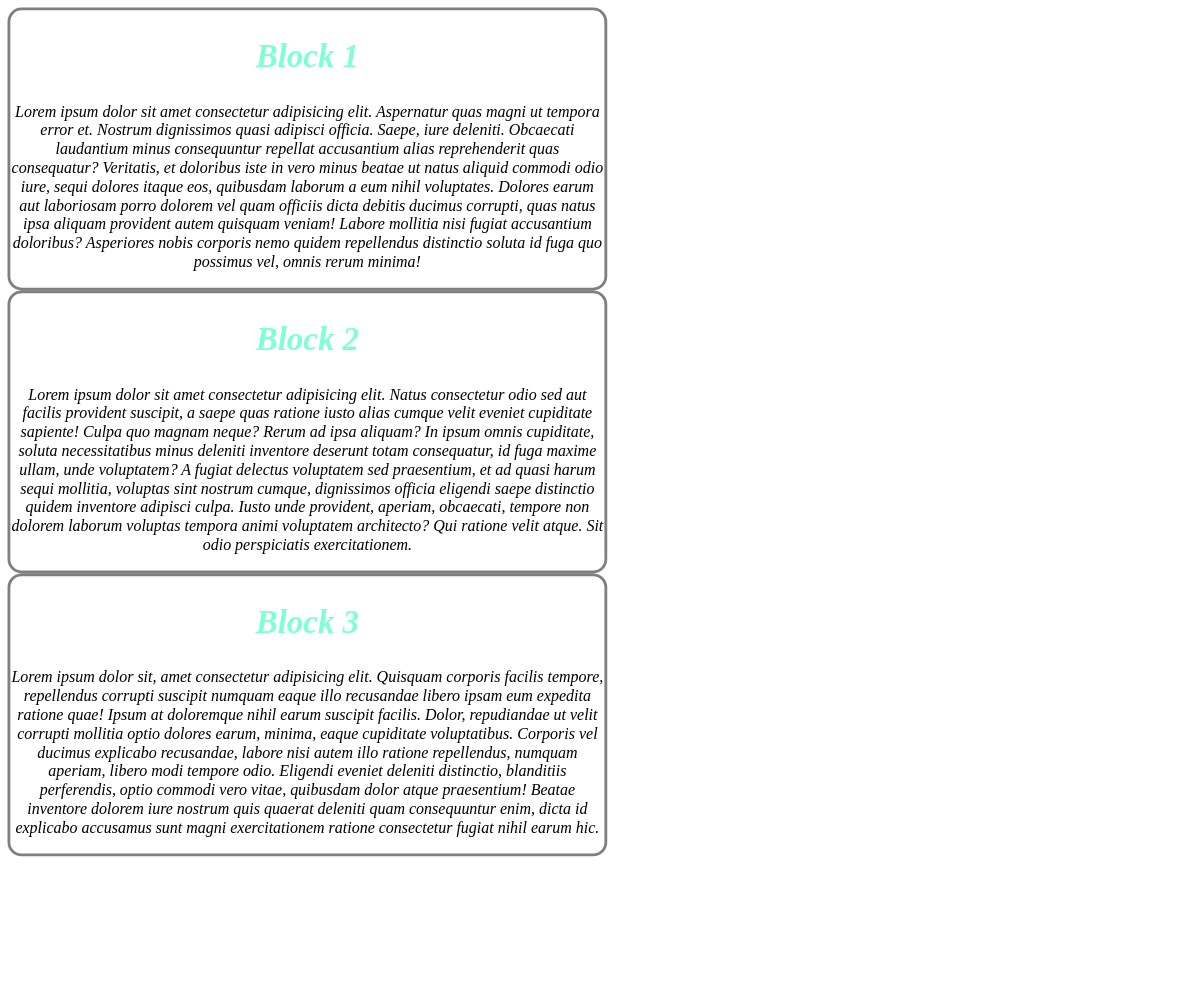
Repository: archangel88/elbrus_homework
Page: phase-0/week-3/day-3/css-fonts/index.html
The author's editor kept a copy of each file at every save. The page is drawn from the files as they stood at one save, then again after the next save.
The browser window is 1280 px wide. The pictures show the whole page, at 94% of full size.

Above is the page before, as saved 2025-10-08 23:02:10.

### phase-0/week-3/day-3/css-fonts/index.html
<!DOCTYPE html>
<html lang="en">
<head>
    <meta charset="UTF-8">
    <meta name="viewport" content="width=device-width, initial-scale=1.0">
    <title>Document</title>
    <link rel="preconnect" href="https://fonts.googleapis.com">
<link rel="preconnect" href="https://fonts.gstatic.com" crossorigin>
<link href="https://fonts.googleapis.com/css2?family=IBM+Plex+Mono:ital,wght@0,100;0,200;0,300;0,400;0,500;0,600;0,700;1,100;1,200;1,300;1,400;1,500;1,600;1,700&display=swap" rel="stylesheet">
    <link rel="stylesheet" href="./style.css" />
</head>
<body>
   <div class="n1">
    <h2>
        Block 1
    </h2>
    <p>
        Lorem ipsum dolor sit amet consectetur adipisicing elit. Aspernatur quas magni ut tempora error et. Nostrum dignissimos quasi adipisci officia. Saepe, iure deleniti. Obcaecati laudantium minus consequuntur repellat accusantium alias reprehenderit quas consequatur? Veritatis, et doloribus iste in vero minus beatae ut natus aliquid commodi odio iure, sequi dolores itaque eos, quibusdam laborum a eum nihil voluptates. Dolores earum aut laboriosam porro dolorem vel quam officiis dicta debitis ducimus corrupti, quas natus ipsa aliquam provident autem quisquam veniam! Labore mollitia nisi fugiat accusantium doloribus? Asperiores nobis corporis nemo quidem repellendus distinctio soluta id fuga quo possimus vel, omnis rerum minima!
    </p>
   </div>
   <div class="n2">
    <h2>
        Block 2
    </h2>
    <p>
        Lorem ipsum dolor sit amet consectetur adipisicing elit. Natus consectetur odio sed aut facilis provident suscipit, a saepe quas ratione iusto alias cumque velit eveniet cupiditate sapiente! Culpa quo magnam neque? Rerum ad ipsa aliquam? In ipsum omnis cupiditate, soluta necessitatibus minus deleniti inventore deserunt totam consequatur, id fuga maxime ullam, unde voluptatem? A fugiat delectus voluptatem sed praesentium, et ad quasi harum sequi mollitia, voluptas sint nostrum cumque, dignissimos officia eligendi saepe distinctio quidem inventore adipisci culpa. Iusto unde provident, aperiam, obcaecati, tempore non dolorem laborum voluptas tempora animi voluptatem architecto? Qui ratione velit atque. Sit odio perspiciatis exercitationem.</p>
   </div>
   <div class="n3">
    <h2>
        Block 3
    </h2>
    <p>
        Lorem ipsum dolor sit, amet consectetur adipisicing elit. Quisquam corporis facilis tempore, repellendus corrupti suscipit numquam eaque illo recusandae libero ipsam eum expedita ratione quae! Ipsum at doloremque nihil earum suscipit facilis. Dolor, repudiandae ut velit corrupti mollitia optio dolores earum, minima, eaque cupiditate voluptatibus. Corporis vel ducimus explicabo recusandae, labore nisi autem illo ratione repellendus, numquam aperiam, libero modi tempore odio. Eligendi eveniet deleniti distinctio, blanditiis perferendis, optio commodi vero vitae, quibusdam dolor atque praesentium! Beatae inventore dolorem iure nostrum quis quaerat deleniti quam consequuntur enim, dicta id explicabo accusamus sunt magni exercitationem ratione consectetur fugiat nihil earum hic.
    </p>
   </div>
</body>
</html>

### phase-0/week-3/day-3/css-fonts/style.css
div {
    display: inline-block;
    text-align:center;
    width: 50%;
    border: 3px solid rgb(0,0,0,0.5);
    border-radius: 15px;
    vertical-align: top;
}

h2{
    font-family: IBM, bottom;
    font-weight: 900;
    font-style: oblique;
    font-size: 35px;
    color: aquamarine;
}

p{
    font-family: IBM, cursive;
    font-weight: 100;
    font-style: italic;
    font-size: 17px;
}

After the next save:
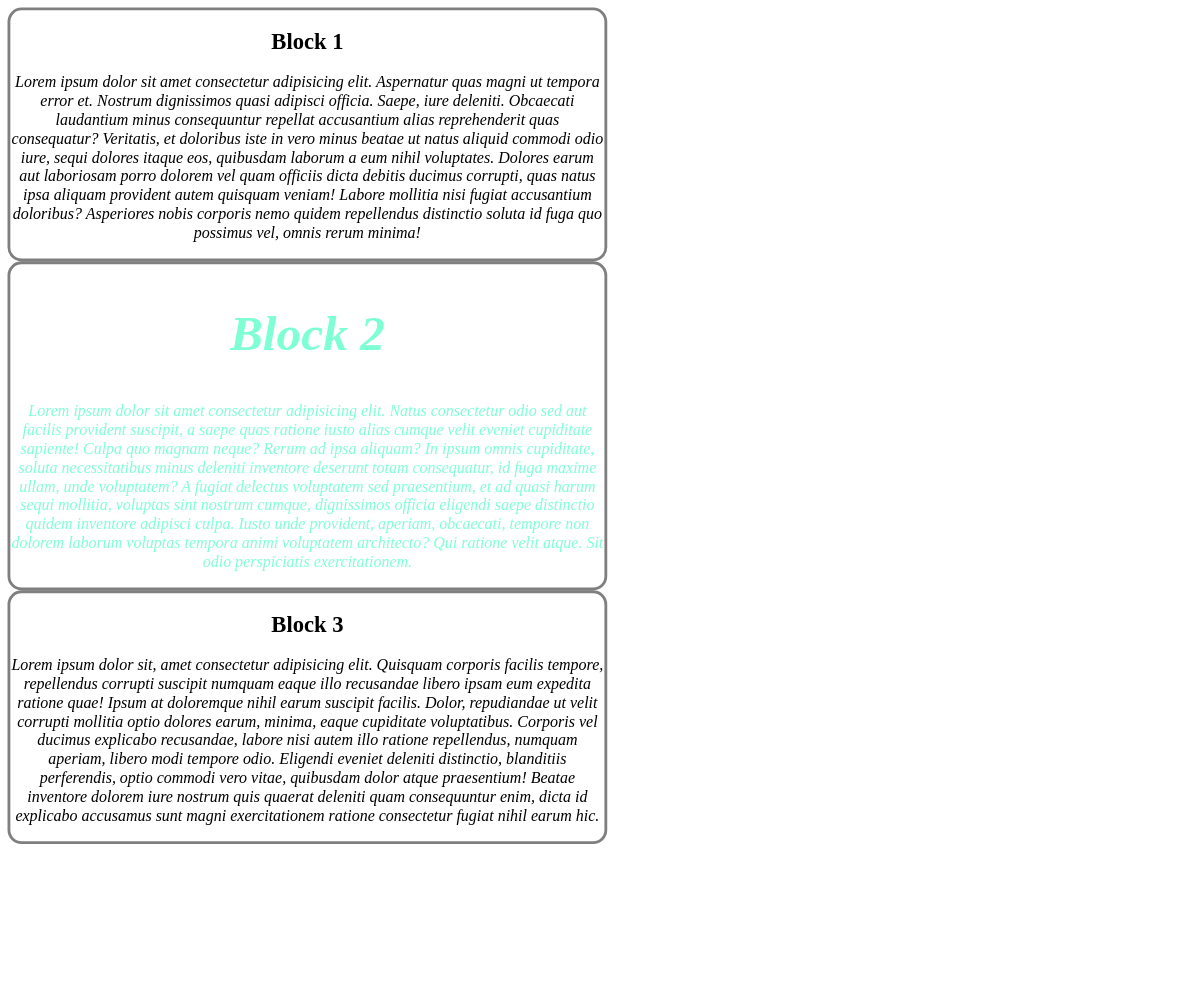
Saved 65 s later.
--- a/phase-0/week-3/day-3/css-fonts/style.css
+++ b/phase-0/week-3/day-3/css-fonts/style.css
@@ -7,7 +7,7 @@ div {
     vertical-align: top;
 }
 
-h2{
+.n2{
     font-family: IBM, bottom;
     font-weight: 900;
     font-style: oblique;
